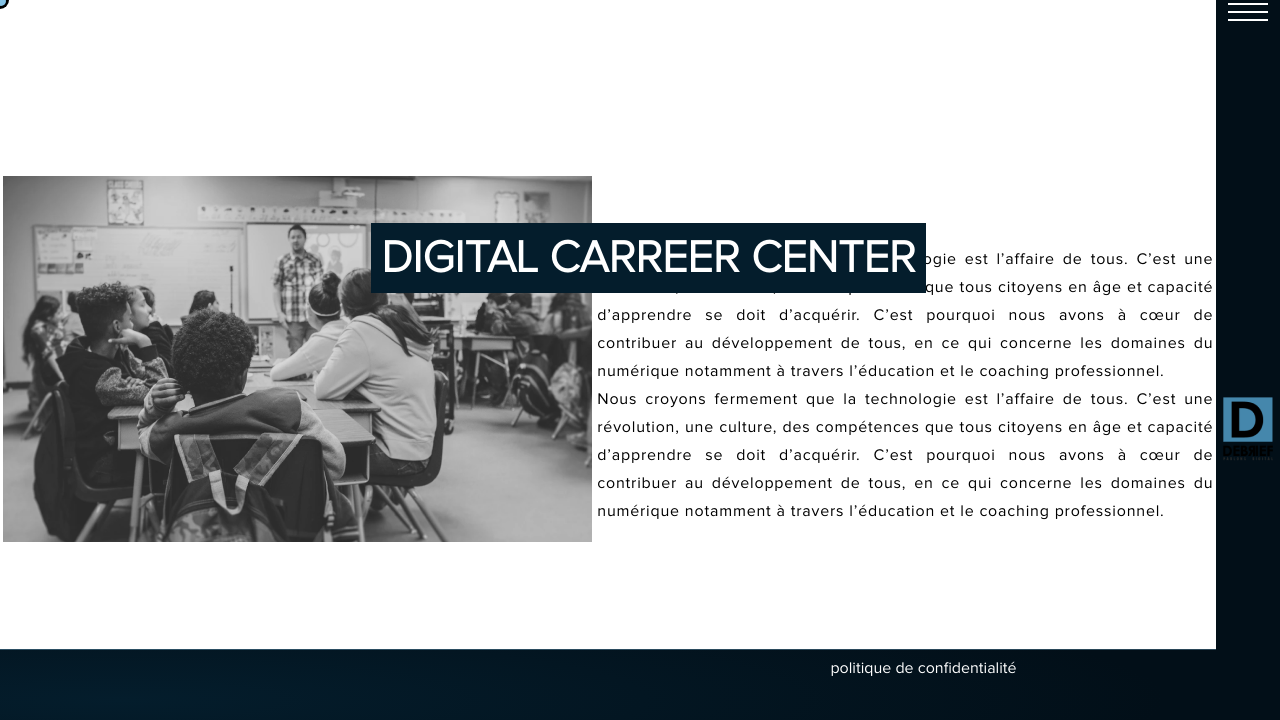
Repository: keloriane/debriefs
Page: /techspace/digital-career
An editor plug-in stored every save of this project. The page is shown before and after the next save, followed by the edit.
The browser window is 1280 px wide. The pictures show the whole page.
The project was rebuilt for these pictures with package versions that can differ from the ones it lists, and the page was loaded fresh each time. Also part of the build but not shown: src/components/Title/Title.jsx, src/components/BreadCrumbs/HomeB.jsx, src/components/page/Contact/Contact.jsx, src/components/Nav/Nav.jsx, src/components/page/Home/Home.jsx, src/components/page/Main/Main.jsx, src/components/page/Service/Services.jsx, src/components/page/Service/ServiceDetails.jsx and 8 more. Imported but missing from the stored project, and not drawn on this page: src/assets/video/video.mp4.

Above is the page before, as saved 2020-07-28 12:16:18.

After the next save:
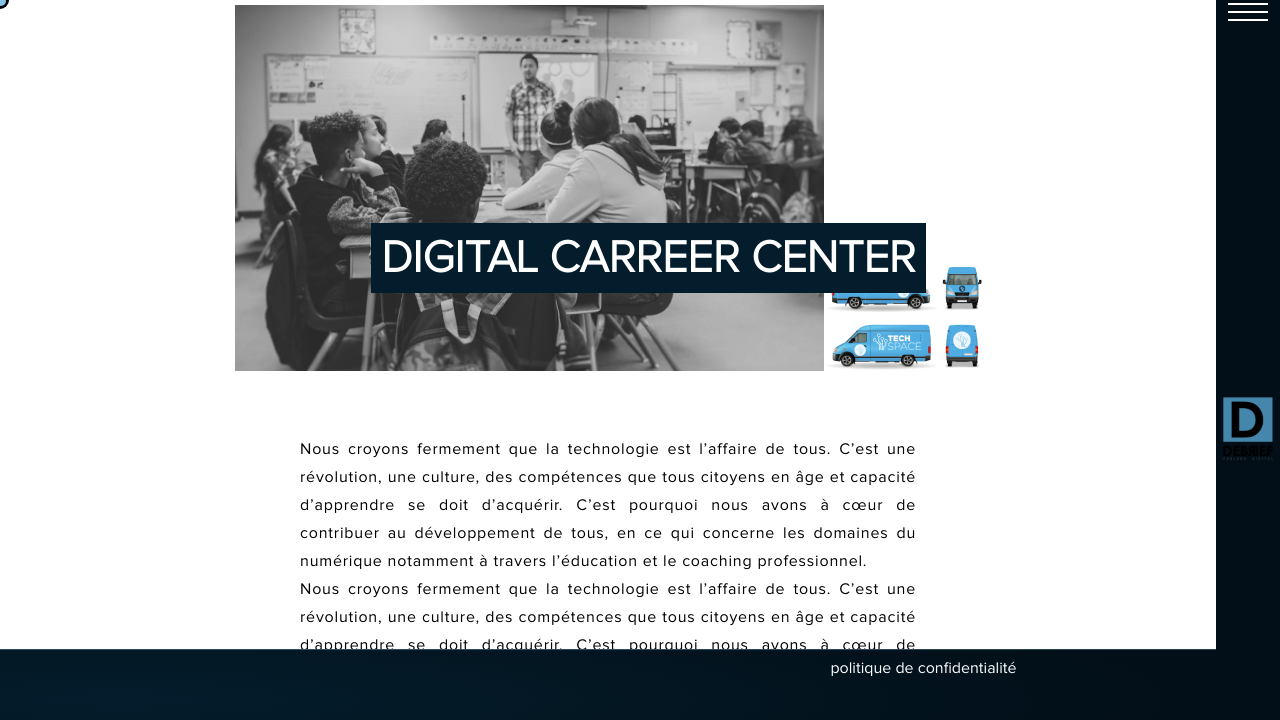
Saved 72 s later.
--- a/src/components/page/Dcg/Dcg.jsx
+++ b/src/components/page/Dcg/Dcg.jsx
@@ -1,5 +1,6 @@
 import React from "react";
 import room from "./../../../assets/images/room.png";
+import bus from "./../../../assets/images/bus.png";
 import "./dcg.scss";
 import { Title } from "../../Title/Title";
 
@@ -10,6 +11,7 @@ const Dcg = () => {
         <div className="dcg-image-container">
           <div className="inner-image">
             <img src={room} alt="" />
+            <img src={bus} alt=""/>
           </div>
         </div>
         <div className="inner-text-content">
